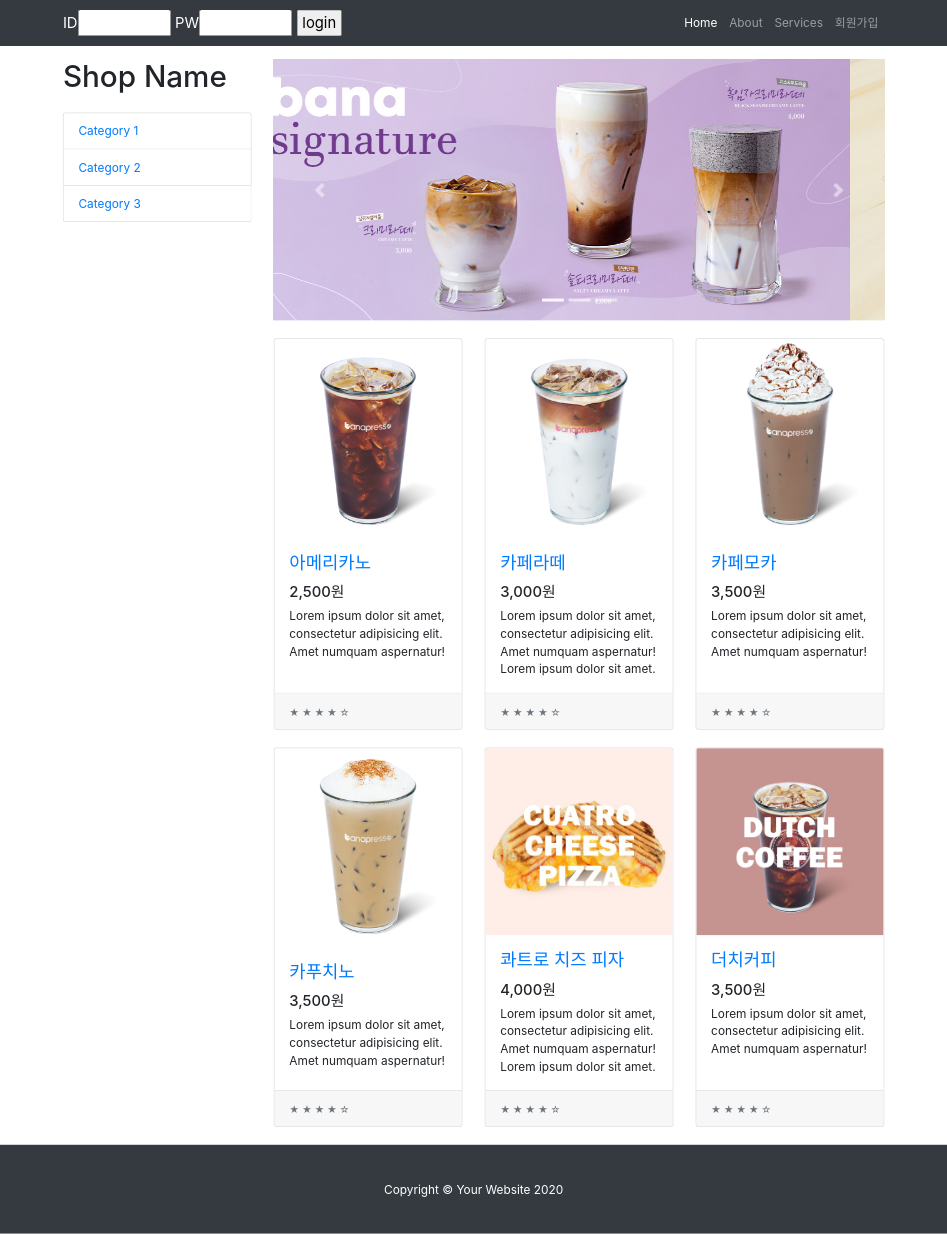
Repository: InKyu24/STS_Workspace
Page: SpringBoot01_Mybatis_Cafe2/src/main/resources/static/index.html
These files come from the project's save history. The page is drawn as it stood at one moment and after the next save; the edit follows.
The browser window is 1280 px wide. The pictures show the whole page, at 74% of full size.

Above is the page before, as saved 2021-03-23 07:18:37.

### SpringBoot01_Mybatis_Cafe2/src/main/resources/static/index.html
<!DOCTYPE html>
<html lang="en">

<head>

  <meta charset="utf-8">
  <meta name="viewport" content="width=device-width, initial-scale=1, shrink-to-fit=no">
  <meta name="description" content="">
  <meta name="author" content="">

  <title>Shop Homepage - Start Bootstrap Template</title>

  <!-- Bootstrap core CSS -->
  <link href="vendor/bootstrap/css/bootstrap.min.css" rel="stylesheet">

  <!-- Custom styles for this template -->
  <link href="css/shop-homepage.css" rel="stylesheet">

</head>

<body>

  <!-- Navigation -->
  <nav class="navbar navbar-expand-lg navbar-dark bg-dark fixed-top">
    <div class="container">
      <div class="navbar-brand" href="#">
      	<div id="msgDiv">
      		ID<input size="5" id="id">
      		PW<input size="5" id="pw" type="password">
      		<input type="button" id="loginBtn" value="login">
      	</div>
      </div>

      <button class="navbar-toggler" type="button" data-toggle="collapse" data-target="#navbarResponsive" aria-controls="navbarResponsive" aria-expanded="false" aria-label="Toggle navigation">
        <span class="navbar-toggler-icon"></span>
      </button>
      <div class="collapse navbar-collapse" id="navbarResponsive">
        <ul class="navbar-nav ml-auto">
          <li class="nav-item active">
            <a class="nav-link" href="#">Home
              <span class="sr-only">(current)</span>
            </a>
          </li>
          <li class="nav-item">
            <a class="nav-link" href="#">About</a>
          </li>
          <li class="nav-item">
            <a class="nav-link" href="#">Services</a>
          </li>
          <li class="nav-item">
            <a class="nav-link" href="#" onclick="window.open('html/memberInsertForm.html', '_blank', 'toolbar=yes,scrollbars=yes,resizable=yes,top=50,left=500,width=400,height=750');">회원가입</a>
          </li>
        </ul>
      </div>
    </div>
  </nav>

  <!-- Page Content -->
  <div class="container">

    <div class="row">

      <div class="col-lg-3">

        <h1 class="my-4">Shop Name</h1>
        <div class="list-group">
          <a href="#" class="list-group-item">Category 1</a>
          <a href="#" class="list-group-item">Category 2</a>
          <a href="#" class="list-group-item">Category 3</a>
        </div>

      </div>
      <!-- /.col-lg-3 -->

      <div class="col-lg-9">

        <div id="carouselExampleIndicators" class="carousel slide my-4" data-ride="carousel">
          <ol class="carousel-indicators">
            <li data-target="#carouselExampleIndicators" data-slide-to="0" class="active"></li>
            <li data-target="#carouselExampleIndicators" data-slide-to="1"></li>
            <li data-target="#carouselExampleIndicators" data-slide-to="2"></li>
          </ol>
          <div class="carousel-inner" role="listbox">
            <div class="carousel-item active">
              <img class="d-block img-fluid" src="img/2009_크리미라떼3종_상단배너.jpg" alt="First slide">
            </div>
            <div class="carousel-item">
              <img class="d-block img-fluid" src="img/2010_디카페인_상단배너.jpg" alt="Second slide">
            </div>
            <div class="carousel-item">
              <img class="d-block img-fluid" src="img/2101_바나프레소_도넛6종_상단배너.jpg" alt="Third slide">
            </div>
          </div>
          <a class="carousel-control-prev" href="#carouselExampleIndicators" role="button" data-slide="prev">
            <span class="carousel-control-prev-icon" aria-hidden="true"></span>
            <span class="sr-only">Previous</span>
          </a>
          <a class="carousel-control-next" href="#carouselExampleIndicators" role="button" data-slide="next">
            <span class="carousel-control-next-icon" aria-hidden="true"></span>
            <span class="sr-only">Next</span>
          </a>
        </div>

        <div class="row">

          <div class="col-lg-4 col-md-6 mb-4">
            <div class="card h-100">
              <a href="#"><img class="card-img-top" src="img/americano.png" alt=""></a>
              <div class="card-body">
                <h4 class="card-title">
                  <a href="#">아메리카노</a>
                </h4>
                <h5>2,500원</h5>
                <p class="card-text">Lorem ipsum dolor sit amet, consectetur adipisicing elit. Amet numquam aspernatur!</p>
              </div>
              <div class="card-footer">
                <small class="text-muted">&#9733; &#9733; &#9733; &#9733; &#9734;</small>
              </div>
            </div>
          </div>

          <div class="col-lg-4 col-md-6 mb-4">
            <div class="card h-100">
              <a href="#"><img class="card-img-top" src="img/cafelatte.png" alt=""></a>
              <div class="card-body">
                <h4 class="card-title">
                  <a href="#">카페라떼</a>
                </h4>
                <h5>3,000원</h5>
                <p class="card-text">Lorem ipsum dolor sit amet, consectetur adipisicing elit. Amet numquam aspernatur! Lorem ipsum dolor sit amet.</p>
              </div>
              <div class="card-footer">
                <small class="text-muted">&#9733; &#9733; &#9733; &#9733; &#9734;</small>
              </div>
            </div>
          </div>

          <div class="col-lg-4 col-md-6 mb-4">
            <div class="card h-100">
              <a href="#"><img class="card-img-top" src="img/cafemocha.png" alt=""></a>
              <div class="card-body">
                <h4 class="card-title">
                  <a href="#">카페모카</a>
                </h4>
                <h5>3,500원</h5>
                <p class="card-text">Lorem ipsum dolor sit amet, consectetur adipisicing elit. Amet numquam aspernatur!</p>
              </div>
              <div class="card-footer">
                <small class="text-muted">&#9733; &#9733; &#9733; &#9733; &#9734;</small>
              </div>
            </div>
          </div>

          <div class="col-lg-4 col-md-6 mb-4">
            <div class="card h-100">
              <a href="#"><img class="card-img-top" src="img/cappuccino.png" alt=""></a>
              <div class="card-body">
                <h4 class="card-title">
                  <a href="#">카푸치노</a>
                </h4>
                <h5>3,500원</h5>
                <p class="card-text">Lorem ipsum dolor sit amet, consectetur adipisicing elit. Amet numquam aspernatur!</p>
              </div>
              <div class="card-footer">
                <small class="text-muted">&#9733; &#9733; &#9733; &#9733; &#9734;</small>
              </div>
            </div>
          </div>

          <div class="col-lg-4 col-md-6 mb-4">
            <div class="card h-100">
              <a href="#"><img class="card-img-top" src="img/CuatroCheesePizza.jpg" alt=""></a>
              <div class="card-body">
                <h4 class="card-title">
                  <a href="#">콰트로 치즈 피자</a>
                </h4>
                <h5>4,000원</h5>
                <p class="card-text">Lorem ipsum dolor sit amet, consectetur adipisicing elit. Amet numquam aspernatur! Lorem ipsum dolor sit amet.</p>
              </div>
              <div class="card-footer">
                <small class="text-muted">&#9733; &#9733; &#9733; &#9733; &#9734;</small>
              </div>
            </div>
          </div>

          <div class="col-lg-4 col-md-6 mb-4">
            <div class="card h-100">
              <a href="#"><img class="card-img-top" src="img/dutchcoffee.png" alt=""></a>
              <div class="card-body">
                <h4 class="card-title">
                  <a href="#">더치커피</a>
                </h4>
                <h5>3,500원</h5>
                <p class="card-text">Lorem ipsum dolor sit amet, consectetur adipisicing elit. Amet numquam aspernatur!</p>
              </div>
              <div class="card-footer">
                <small class="text-muted">&#9733; &#9733; &#9733; &#9733; &#9734;</small>
              </div>
            </div>
          </div>

        </div>
        <!-- /.row -->

      </div>
      <!-- /.col-lg-9 -->

    </div>
    <!-- /.row -->

  </div>
  <!-- /.container -->

  <!-- Footer -->
  <footer class="py-5 bg-dark">
    <div class="container">
      <p class="m-0 text-center text-white">Copyright &copy; Your Website 2020</p>
    </div>
    <!-- /.container -->
  </footer>

  <!-- Bootstrap core JavaScript -->
  <script src="vendor/jquery/jquery.min.js"></script>
  <script src="vendor/bootstrap/js/bootstrap.bundle.min.js"></script>

</body>

</html>

Loaded but not shown: SpringBoot01_Mybatis_Cafe2/src/main/resources/static/vendor/bootstrap/css/bootstrap.min.css (library); SpringBoot01_Mybatis_Cafe2/src/main/resources/static/css/shop-homepage.css (common file); SpringBoot01_Mybatis_Cafe2/src/main/resources/static/vendor/jquery/jquery.min.js (library); SpringBoot01_Mybatis_Cafe2/src/main/resources/static/vendor/bootstrap/js/bootstrap.bundle.min.js (library)

After the next save:
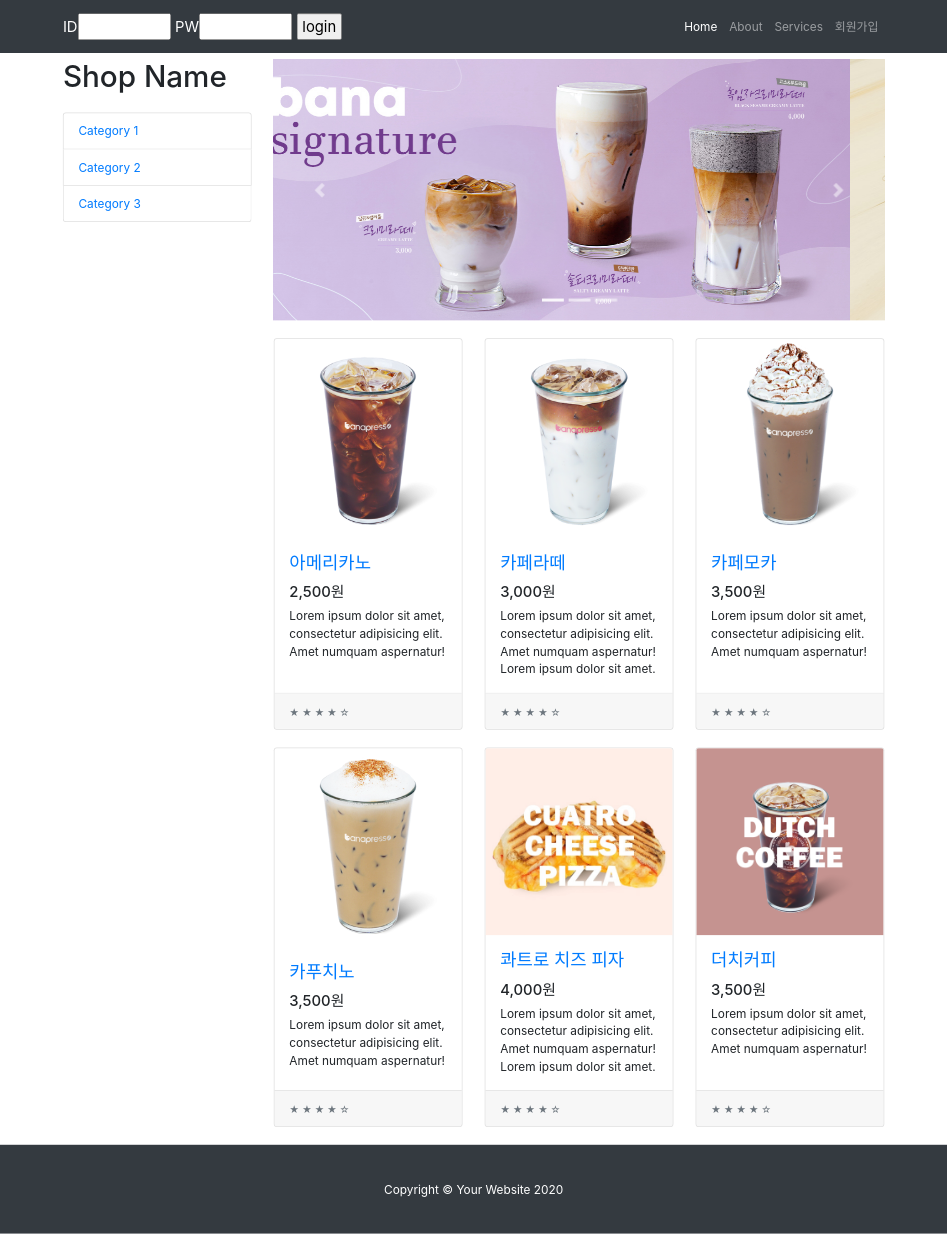
Saved 11 s later.
--- a/SpringBoot01_Mybatis_Cafe2/src/main/resources/static/index.html
+++ b/SpringBoot01_Mybatis_Cafe2/src/main/resources/static/index.html
@@ -23,14 +23,14 @@
   <!-- Navigation -->
   <nav class="navbar navbar-expand-lg navbar-dark bg-dark fixed-top">
     <div class="container">
-      <div class="navbar-brand" href="#">
+      <a class="navbar-brand" href="#"><div class="navbar-brand" href="#">
       	<div id="msgDiv">
       		ID<input size="5" id="id">
       		PW<input size="5" id="pw" type="password">
       		<input type="button" id="loginBtn" value="login">
       	</div>
       </div>
-
+</a>
       <button class="navbar-toggler" type="button" data-toggle="collapse" data-target="#navbarResponsive" aria-controls="navbarResponsive" aria-expanded="false" aria-label="Toggle navigation">
         <span class="navbar-toggler-icon"></span>
       </button>

After the 2 saves that followed:
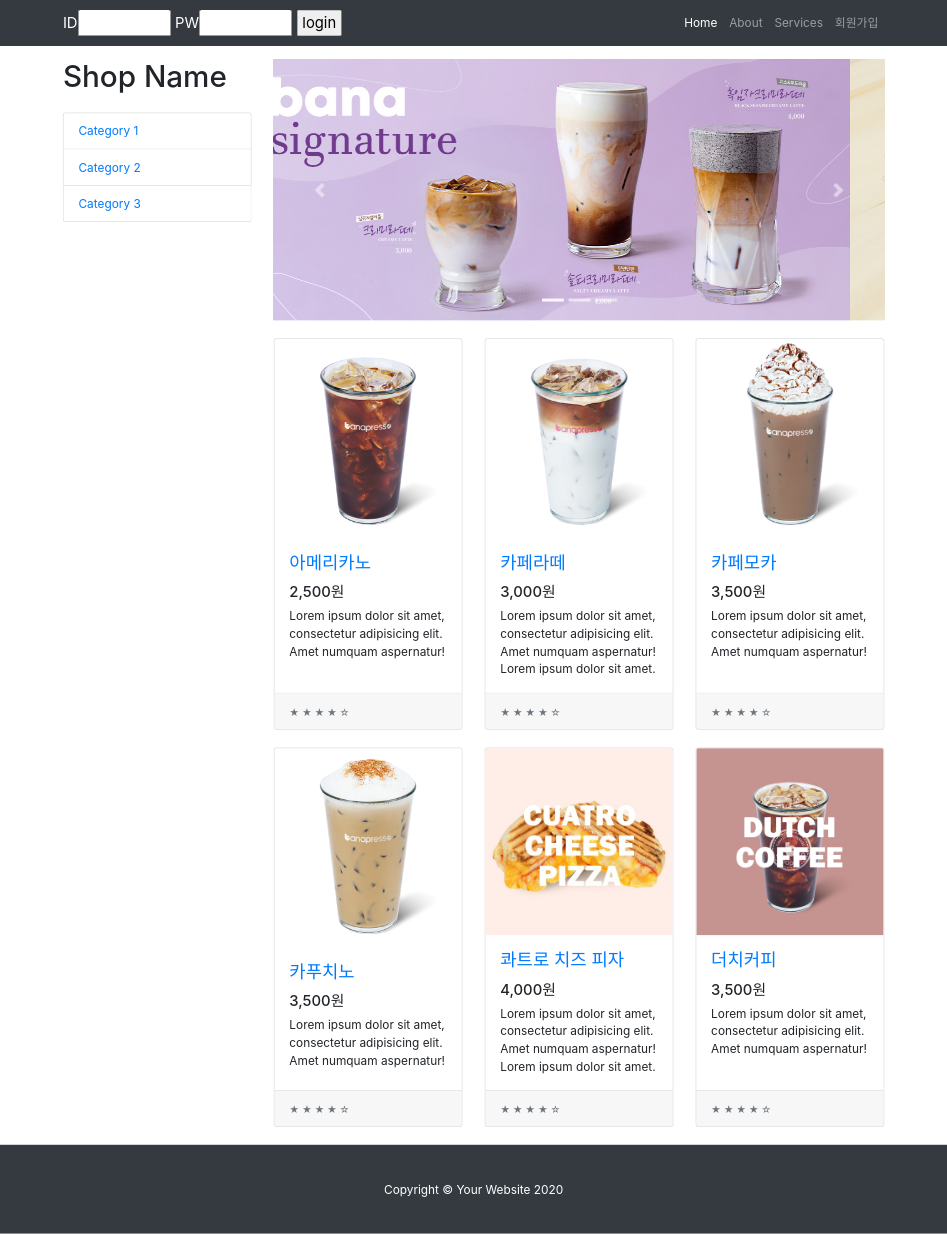
The 2 saves are shown as one change because they came seconds apart.
The last was saved 8 s later.
--- a/SpringBoot01_Mybatis_Cafe2/src/main/resources/static/index.html
+++ b/SpringBoot01_Mybatis_Cafe2/src/main/resources/static/index.html
@@ -23,14 +23,13 @@
   <!-- Navigation -->
   <nav class="navbar navbar-expand-lg navbar-dark bg-dark fixed-top">
     <div class="container">
-      <a class="navbar-brand" href="#"><div class="navbar-brand" href="#">
+      <div class="navbar-brand" href="#">
       	<div id="msgDiv">
       		ID<input size="5" id="id">
       		PW<input size="5" id="pw" type="password">
       		<input type="button" id="loginBtn" value="login">
       	</div>
       </div>
-</a>
       <button class="navbar-toggler" type="button" data-toggle="collapse" data-target="#navbarResponsive" aria-controls="navbarResponsive" aria-expanded="false" aria-label="Toggle navigation">
         <span class="navbar-toggler-icon"></span>
       </button>
